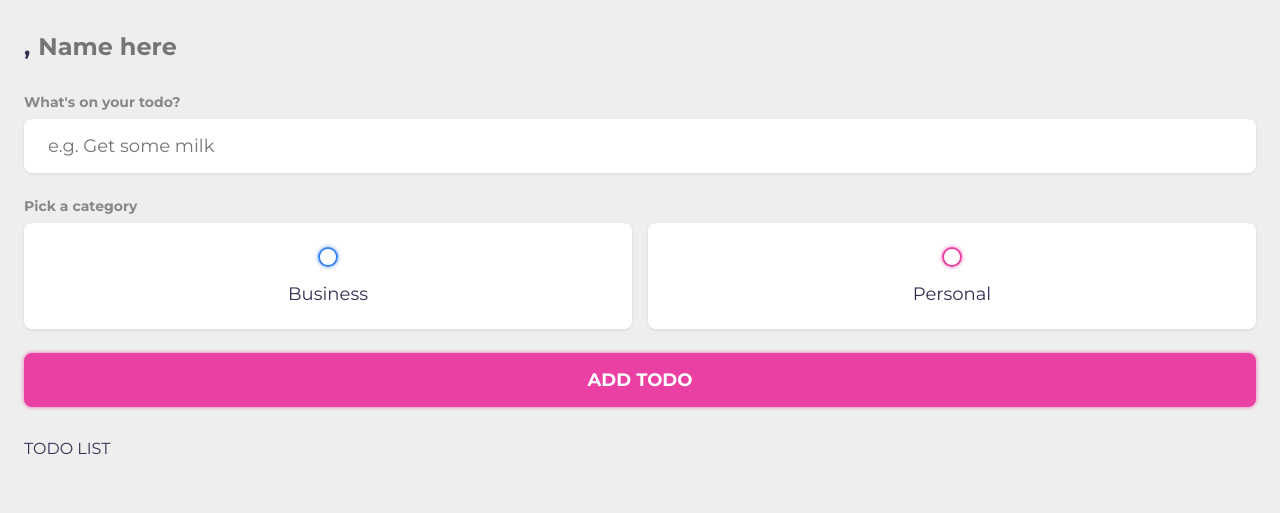
Repository: kluivert-ssali/kaDo_final
Page: index.html
An editor plug-in stored every save of this project. The page is shown before and after the next save, followed by the edit.
The browser window is 1280 px wide. The pictures show the whole page.
Some web libraries are served in a nearby version.

Above is the page before, as saved 2023-06-11 20:31:30.

### index.html
<!DOCTYPE html>
<html lang="en">
  <head>
    <meta charset="UTF-8" />
    <meta http-equiv="X-UA-Compatible" content="IE=edge" />
    <meta name="viewport" content="width=device-width, initial-scale=1.0" />
    <title>KaDo</title>
    <!-- CSS Import -->
    <link rel="stylesheet" href="main.css" />
    <!-- End of CSS Import -->
    <!-- Fonts -->
    <link rel="preconnect" href="https://fonts.googleapis.com" />
    <link rel="preconnect" href="https://fonts.gstatic.com" crossorigin />
    <link
      href="https://fonts.googleapis.com/css2?family=Fira+Sans:ital,wght@0,400;0,700;0,900;1,400&family=Montserrat:ital,wght@0,400;0,700;0,900;1,400&display=swap"
      rel="stylesheet"
    />
    <!-- End of Fonts -->
  </head>
  <body>
    <script src="https://ajax.googleapis.com/ajax/libs/jquery/2.1.1/jquery.min.js"></script>
    <!-- App Wrapper -->
    <main class="app">
      <!-- Greeting -->
      <span class="day-message"></span>
      <section class="greeting">
        <h2 class="title">
          <span class="day-message"></span>,<input
            type="text"
            id="name"
            placeholder="Name here"
          />
        </h2>
      </section>
      <!-- End of Greeting -->

      <!-- New Todo -->
      <section class="create-todo">
        <form id="new-todo-form">
          <h4>What's on your todo?</h4>
          <input
            type="text"
            placeholder="e.g. Get some milk"
            name="content"
            id="content"
          />

          <h4>Pick a category</h4>
          <div class="options">
            <label>
              <input
                type="radio"
                name="category"
                id="category1"
                value="business"
              />
              <span class="bubble business"></span>
              <div>Business</div>
            </label>
            <label>
              <input
                type="radio"
                name="category"
                id="category2"
                value="personal"
              />
              <span class="bubble personal"></span>
              <div>Personal</div>
            </label>
          </div>

          <input type="submit" value="Add todo" />
        </form>
      </section>
      <!-- End of New Todo -->

      <!-- Todo List -->
      <section class="todo-list">
        <h3>TODO LIST</h3>
        <div class="list" id="todo-list"></div>
      </section>
      <!-- End of Todo List -->
    </main>
    <!-- End of App Wrapper -->

    <!-- JS Import -->
    <script src="main.js"></script>
    <!-- End of JS Import -->
  </body>
</html>

### main.css
/* Variables */
:root {
	--primary: #EA40A4;
	--business: #3a82ee;
	--personal: var(--primary);
	--light: #EEE;
	--grey: #888;
	--dark: #313154;
	--danger: #ff5b57;

	--shadow: 0 1px 3px rgba(0, 0, 0, 0.1);

	--business-glow: 0px 0px 4px rgba(58, 130, 238, 0.75);
	--personal-glow: 0px 0px 4px rgba(234, 64, 164, 0.75);
}
/* End of Variables */

/* Resets */
* {
	margin: 0;
	padding: 0;
	box-sizing: border-box;
	font-family: 'montserrat', sans-serif;
}

input:not([type="radio"]):not([type="checkbox"]), button {
	appearance: none;
	border: none;
	outline: none;
	background: none;
	cursor: initial;
}
/* End of Resets */

body {
	background: var(--light);
	color: var(--dark);
}

section {
	margin-top: 2rem;
	margin-bottom: 2rem;
	padding-left: 1.5rem;
	padding-right: 1.5rem;
}

h3 {
	color: var(--dark);
	font-size: 1rem;
	font-weight: 400;
	margin-bottom: 0.5rem;
}

h4 {
	color: var(--grey);
	font-size: 0.875rem;
	font-weight: 700;
	margin-bottom: 0.5rem;
}

.greeting .title {
	display: flex;
}

.greeting .title input {
	margin-left: 0.5rem;
	flex: 1 1 0%;
	min-width: 0;
}

.greeting .title,
.greeting .title input {
	color: var(--dark);
	font-size: 1.5rem;
	font-weight: 700;
}

.create-todo input[type="text"] {
	display: block;
	width: 100%;
	font-size: 1.125rem;
	padding: 1rem 1.5rem;
	color: var(--dark);
	background-color: #FFF;
	border-radius: 0.5rem;
	box-shadow: var(--shadow);
	margin-bottom: 1.5rem;
}

.create-todo .options {
	display: grid;
	grid-template-columns: repeat(2, 1fr);
	grid-gap: 1rem;
	margin-bottom: 1.5rem;
}

.create-todo .options label {
	display: flex;
	flex-direction: column;
	align-items: center;
	justify-content: center;
	background-color: #FFF;
	padding: 1.5rem;
	box-shadow: var(--shadow);
	border-radius: 0.5rem;
	cursor: pointer;
}

input[type="radio"],
input[type="checkbox"] {
	display: none;
}

.bubble {
	display: flex;
	align-items: center;
	justify-content: center;
	width: 20px;
	height: 20px;
	border-radius: 999px;
	border: 2px solid var(--business);
	box-shadow: var(--business-glow);
}

.bubble.personal {
	border-color: var(--personal);
	box-shadow: var(--personal-glow);
}

.bubble::after {
	content: '';
	display: block;
	opacity: 0;
	width: 0px;
	height: 0px;
	background-color: var(--business);
	box-shadow: var(--business-glow);
	border-radius: 999px;
	transition: 0.2s ease-in-out;
}

.bubble.personal::after {
	background-color: var(--personal);
	box-shadow: var(--personal-glow);
}

input:checked ~ .bubble::after {
	width: 10px;
	height: 10px;
	opacity: 1;
}

.create-todo .options label div {
	color: var(--dark);
	font-size: 1.125rem;
	margin-top: 1rem;
}

.create-todo input[type="submit"] {
	display: block;
	width: 100%;
	font-size: 1.125rem;
	padding: 1rem 1.5rem;
	color: #FFF;
	font-weight: 700;
	text-transform: uppercase;
	background-color: var(--primary);
	box-shadow: var(--personal-glow);
	border-radius: 0.5rem;
	cursor: pointer;
	transition: 0.2s ease-out;
}

.create-todo input[type="submit"]:hover {
	opacity: 0.75;
}

.todo-list .list {
	margin: 1rem 0;
}

.todo-list .todo-item {
	display: flex;
	align-items: center;
	background-color: #FFF;
	padding: 1rem;
	border-radius: 0.5rem;
	box-shadow: var(--shadow);
	margin-bottom: 1rem;
}

.todo-item label {
	display: block;
	margin-right: 1rem;
	cursor: pointer;
}

.todo-item .todo-content {
	flex: 1 1 0%;
}

.todo-item .todo-content input {
	color: var(--dark);
	font-size: 1.125rem;
}

.todo-item .actions {
	display: flex;
	align-items: center;
}

.todo-item .actions button {
	display: block;
	padding: 0.5rem;
	border-radius: 0.25rem;
	color: #FFF;
	cursor: pointer;
	transition: 0.2s ease-in-out;
}

.todo-item .actions button:hover {
	opacity: 0.75;
}

.todo-item .actions .edit {
	margin-right: 0.5rem;
	background-color: var(--primary);
}

.todo-item .actions .delete {
	background-color: var(--danger);
}

.todo-item.done .todo-content input {
	text-decoration: line-through;
	color: var(--grey);
}

### main.js
// good morning function
$(document).ready(function() {
	function dateTime() {
	  var ndate = new Date();
	  var hours = ndate.getHours();
	  var message = hours < 12 ? 'Good Morning' : hours < 18 ? 'Good Afternoon' : 'Good Evening';
	  $("h3.day-message").text(message);

	  $('.date').html(hours.leadingZeroes(2) + ":" + ndate.getMinutes().leadingZeroes(2) + ":" + ndate.getSeconds().leadingZeroes(2) + (hours < 12 ? 'AM' : 'PM'));
	}

	setInterval(dateTime, 1000);
  });

  Number.prototype.leadingZeroes = function(len) {
	return (new Array(len).fill('0', 0).join('') + this).slice(-Math.abs(len));
  }
//   End of good morning furn



window.addEventListener('load', () => {
	todos = JSON.parse(localStorage.getItem('todos')) || [];
	const nameInput = document.querySelector('#name');
	const newTodoForm = document.querySelector('#new-todo-form');

	const username = localStorage.getItem('username') || '';

	nameInput.value = username;

	nameInput.addEventListener('change', (e) => {
		localStorage.setItem('username', e.target.value);
	})

	newTodoForm.addEventListener('submit', e => {
		e.preventDefault();

		const todo = {
			content: e.target.elements.content.value,
			category: e.target.elements.category.value,
			done: false,
			createdAt: new Date().getTime()
		}

		todos.push(todo);

		localStorage.setItem('todos', JSON.stringify(todos));

		// Reset the form
		e.target.reset();

		DisplayTodos()
	})

	DisplayTodos()
})

function DisplayTodos () {
	const todoList = document.querySelector('#todo-list');
	todoList.innerHTML = "";

	todos.forEach(todo => {
		const todoItem = document.createElement('div');
		todoItem.classList.add('todo-item');

		const label = document.createElement('label');
		const input = document.createElement('input');
		const span = document.createElement('span');
		const content = document.createElement('div');
		const actions = document.createElement('div');
		const edit = document.createElement('button');
		const deleteButton = document.createElement('button');

		input.type = 'checkbox';
		input.checked = todo.done;
		span.classList.add('bubble');
		if (todo.category == 'personal') {
			span.classList.add('personal');
		} else {
			span.classList.add('business');
		}
		content.classList.add('todo-content');
		actions.classList.add('actions');
		edit.classList.add('edit');
		deleteButton.classList.add('delete');

		content.innerHTML = `<input type="text" value="${todo.content}" readonly>`;
		edit.innerHTML = 'Edit';
		deleteButton.innerHTML = 'Delete';

		label.appendChild(input);
		label.appendChild(span);
		actions.appendChild(edit);
		actions.appendChild(deleteButton);
		todoItem.appendChild(label);
		todoItem.appendChild(content);
		todoItem.appendChild(actions);

		todoList.appendChild(todoItem);

		if (todo.done) {
			todoItem.classList.add('done');
		}

		input.addEventListener('change', (e) => {
			todo.done = e.target.checked;
			localStorage.setItem('todos', JSON.stringify(todos));

			if (todo.done) {
				todoItem.classList.add('done');
			} else {
				todoItem.classList.remove('done');
			}

			DisplayTodos()

		})

		edit.addEventListener('click', (e) => {
			const input = content.querySelector('input');
			input.removeAttribute('readonly');
			input.focus();
			input.addEventListener('blur', (e) => {
				input.setAttribute('readonly', true);
				todo.content = e.target.value;
				localStorage.setItem('todos', JSON.stringify(todos));
				DisplayTodos()

			})
		})

		deleteButton.addEventListener('click', (e) => {
			todos = todos.filter(t => t != todo);
			localStorage.setItem('todos', JSON.stringify(todos));
			DisplayTodos()
		})

	})
}

After the next save:
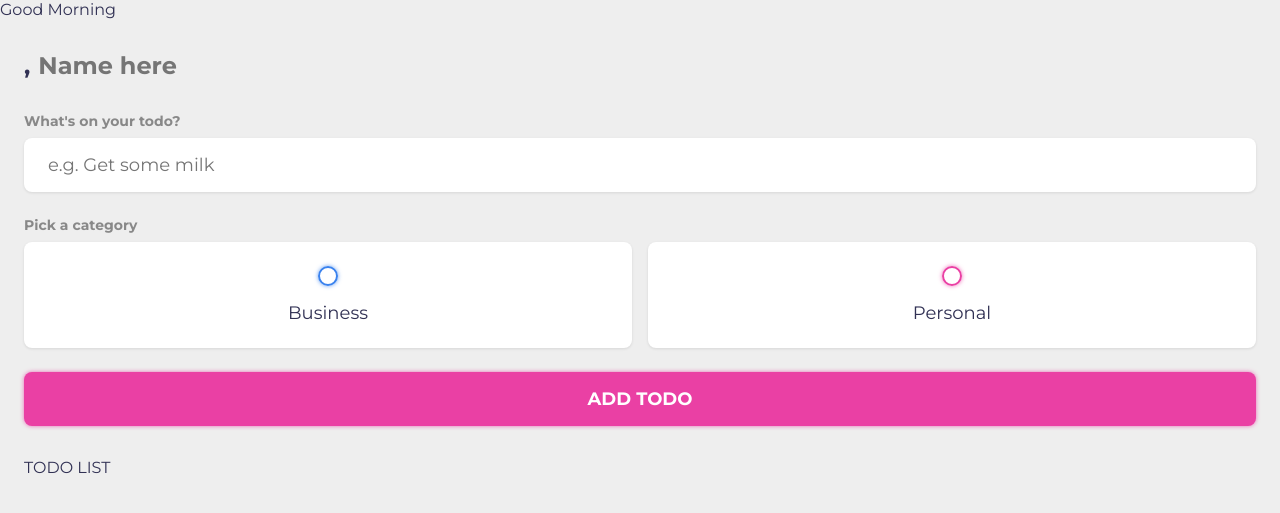
Saved 22 s later.
--- a/index.html
+++ b/index.html
@@ -22,7 +22,7 @@
     <!-- App Wrapper -->
     <main class="app">
       <!-- Greeting -->
-      <span class="day-message"></span>
+      <h3 class="day-message"></h3>
       <section class="greeting">
         <h2 class="title">
           <span class="day-message"></span>,<input

After the save that followed:
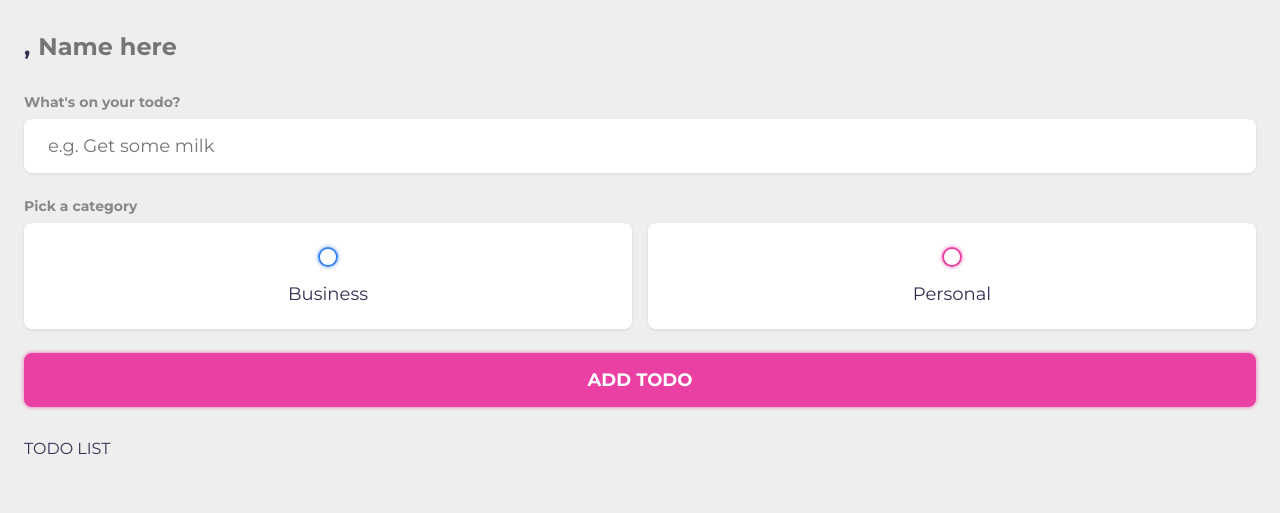
Saved 3 min 57 s later.
--- a/main.js
+++ b/main.js
@@ -4,7 +4,7 @@ $(document).ready(function() {
 	  var ndate = new Date();
 	  var hours = ndate.getHours();
 	  var message = hours < 12 ? 'Good Morning' : hours < 18 ? 'Good Afternoon' : 'Good Evening';
-	  $("h3.day-message").text(message);
+	  $("day-message").text(message);
 
 	  $('.date').html(hours.leadingZeroes(2) + ":" + ndate.getMinutes().leadingZeroes(2) + ":" + ndate.getSeconds().leadingZeroes(2) + (hours < 12 ? 'AM' : 'PM'));
 	}
